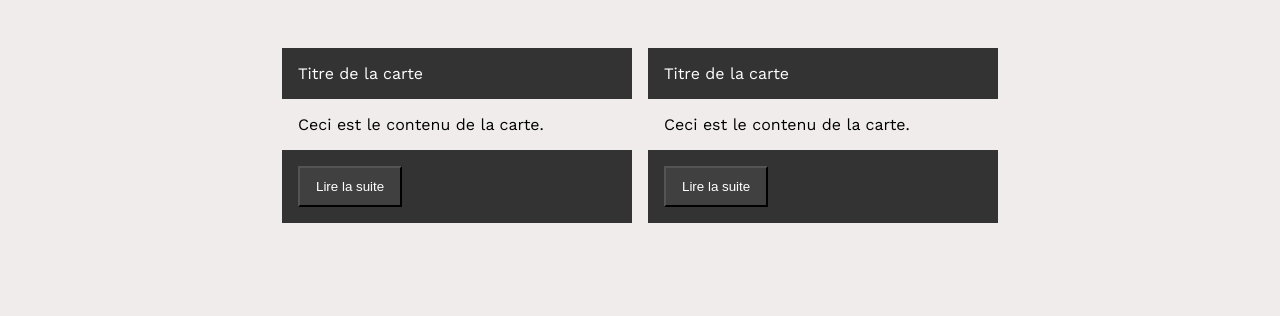
Repository: b3no1t/SASS--the-beginning
Page: exercices/cards/index.html
These files come from the project's save history. The page is drawn as it stood at one moment and after the next save; the edit follows.
The browser window is 1280 px wide. The pictures show the whole page.

Above is the page before, as saved 2025-02-02 01:20:03.

### exercices/cards/index.html
<!DOCTYPE html>
<html lang="fr">
  <head>
    <meta charset="UTF-8" />
    <meta name="viewport" content="width=device-width, initial-scale=1.0" />
    <meta name="author" content="Benoit Lepage" />
    <link rel="stylesheet" href="./assets/styles/main-prod.css">
    <title>Cards, a combination of BEM and SASS</title>
  </head>
  <body>
<div class="cards">

    <div class="card">
      <div class="card__header">
        Titre de la carte
      </div>
      <div class="card__body">
        Ceci est le contenu de la carte.
      </div>

      <div class="card__footer">
        <button class="card__button">
          Lire la suite
        </button>
      </div>
    </div>

    <div class="card">
      <div class="card__header">
        Titre de la carte
      </div>
      <div class="card__body">
        Ceci est le contenu de la carte.
      </div>
      <div class="card__footer">
        <button class="card__button">
          Lire la suite
        </button>
      </div>
    </div>

  </div>
  </body>
</html>

### exercices/cards/assets/styles/main-prod.css
@import url("https://fonts.googleapis.com/css2?family=Work+Sans:ital,wght@0,100..900;1,100..900&display=swap");
.card {
  width: 350px; /* pour la demo */
}
.card__header {
  background-color: #333;
  color: #fff;
  padding: 1rem;
}
.card__body {
  padding: 1em;
}
.card__body > * + * {
  margin-top: 0.5em;
}
.card__footer {
  background-color: #333;
  color: #fff;
  padding: 1rem;
}

.card__button {
  text-decoration: none;
  display: inline-block;
  color: #fff;
  padding: 0.7rem 1rem;
  background-color: hsl(0, 0%, 25%);
  transition: background-color 250ms ease-in-out;
}
.card__button:hover {
  background-color: hsl(0, 0%, 65%);
}

*, *::before, *::after {
  box-sizing: border-box;
  margin: 0;
  padding: 0;
}

body {
  font-family: "Work Sans", sans-serif;
  background-color: #f0ecec;
}

.cards {
  margin-top: 3em;
  display: flex;
  flex-wrap: wrap;
  gap: 1em;
  justify-content: center;
}

/*# sourceMappingURL=main-prod.css.map */

After the next save:
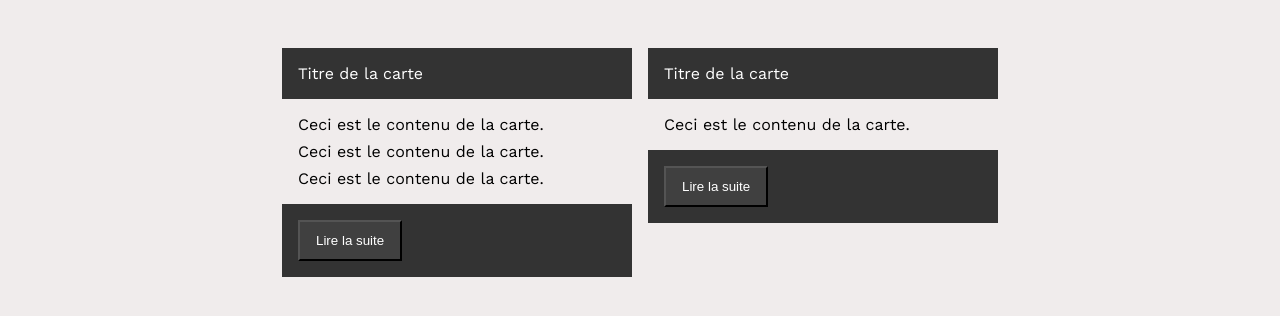
Saved 29 s later.
--- a/exercices/cards/index.html
+++ b/exercices/cards/index.html
@@ -15,7 +15,9 @@
         Titre de la carte
       </div>
       <div class="card__body">
-        Ceci est le contenu de la carte.
+       <p> Ceci est le contenu de la carte.</p>
+       <p> Ceci est le contenu de la carte.</p>
+       <p> Ceci est le contenu de la carte.</p>
       </div>
 
       <div class="card__footer">
